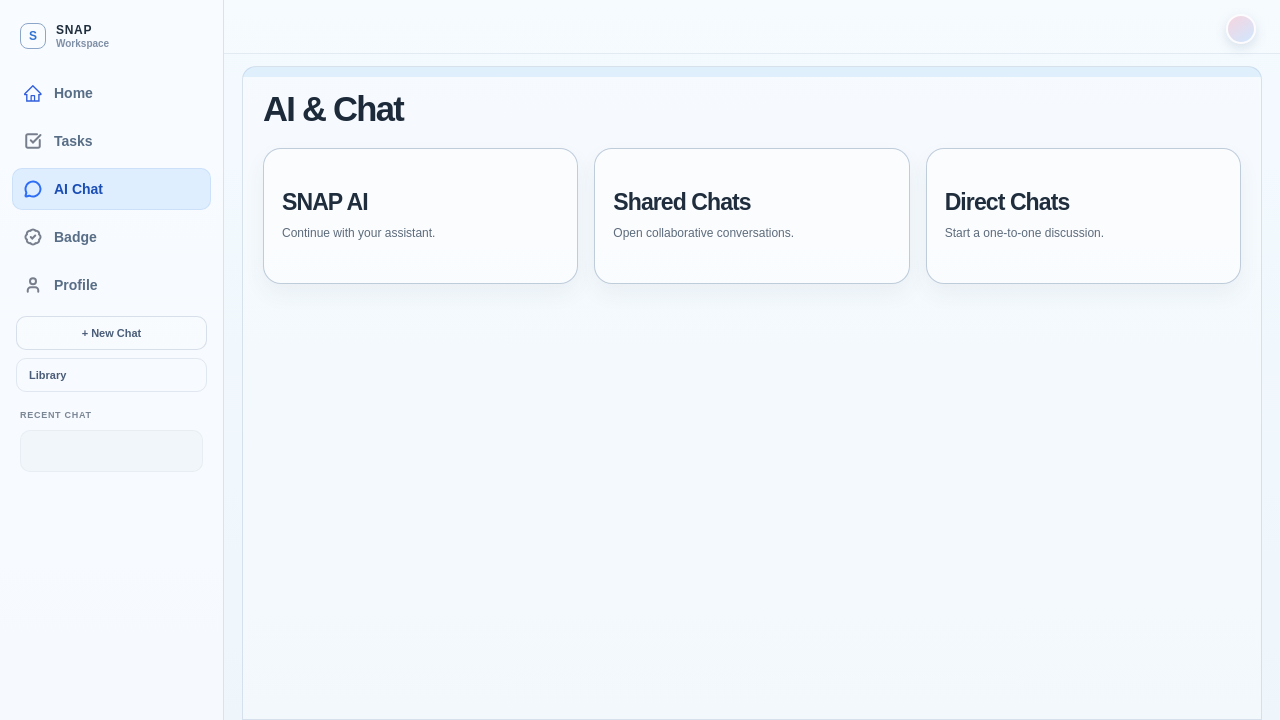
Repository: Lee-Productions-Inc/SNAP_productions
Page: pages/dashboard/ai and chat/ai_chat.html
The author's editor kept a copy of each file at every save. The page is drawn from the files as they stood at one save, then again after the next save.
The browser window is 1280 px wide. The pictures show the whole page.

Above is the page before, as saved 2026-09-24 14:44:07.

### pages/dashboard/ai and chat/ai_chat.html
<!DOCTYPE html>
<html lang="en">
    <head>
        <meta charset="UTF-8">
        <meta name="viewport" content="width=device-width, initial-scale=1.0">
        <title>AI &amp; Chat | SNAP</title>
        <link rel="stylesheet" href="../../../designs/dashboard.css">
        <link rel="stylesheet" href="../../../designs/ai_chat.css">
        <style>
            .ai-landing-surface {
                justify-content: flex-start;
                padding-top: 18px;
            }

            .ai-landing-surface .chat-message {
                margin-top: 4px;
                padding-top: 0;
            }

            .ai-option-grid {
                display: grid;
                gap: 16px;
                margin-top: 18px;
                grid-template-columns: repeat(3, minmax(0, 1fr));
            }

            .ai-option-card {
                display: flex;
                flex-direction: column;
                justify-content: center;
                min-height: 136px;
                padding: 22px 18px;
                border: 1px solid rgba(166, 183, 203, 0.7);
                border-radius: 18px;
                background: rgba(255, 255, 255, 0.46);
                color: #1f2d3d;
                text-decoration: none;
                box-shadow: 0 10px 22px rgba(43, 63, 89, 0.06);
                transition: transform 160ms ease, box-shadow 160ms ease, border-color 160ms ease;
            }

            .ai-option-card:hover {
                transform: translateY(-2px);
                border-color: rgba(110, 148, 207, 0.7);
                box-shadow: 0 14px 26px rgba(43, 63, 89, 0.12);
            }

            .option-label {
                font-size: clamp(18px, 1.8vw, 26px);
                font-weight: 800;
                letter-spacing: -0.04em;
                margin-bottom: 8px;
            }

            .option-copy {
                font-size: 12px;
                color: #5d6b7b;
                line-height: 1.5;
            }

            @media (max-width: 900px) {
                .ai-option-grid {
                    grid-template-columns: 1fr;
                }
            }
        </style>
    </head>
    <body>
        <div class="dashboard-shell">
            <div class="dashboard-content">
                <aside class="sidebar" aria-label="Main navigation">
                    <a class="brand" href="../dashboard.html" aria-label="SNAP home">
                        <span class="brand-mark">S</span>
                        <span>
                            <strong>SNAP</strong>
                            <small>Workspace</small>
                        </span>
                    </a>

                    <nav class="primary-nav">
                        <a class="nav-item" href="../dashboard.html">
                            <img class="nav-icon" src="../../assets/main icons/Vector.svg" alt="Home icon">
                            Home
                        </a>
                        <a class="nav-item" href="../tasks.html">
                            <img class="nav-icon" src="../../assets/main icons/check-square.svg" alt="Tasks icon">
                            Tasks
                        </a>
                        <a class="nav-item active" href="ai_chat.html">
                            <img class="nav-icon-active" src="../../assets/main icons/message-circle.svg" alt="AI chat icon">
                            AI Chat
                        </a>
                        <a class="nav-item" href="../badges.html">
                            <img class="nav-icon" src="../../assets/main icons/badge-check.svg" alt="Badge icon">
                            Badge
                        </a>
                        <a class="nav-item" href="../profile/profile.html">
                            <img class="nav-icon" src="../../assets/main icons/user.svg" alt="Profile icon">
                            Profile
                        </a>
                    </nav>

                    <div class="chat-utils">
                        <button class="new-chat-button" type="button">+ New Chat</button>
                        <button class="library-button" type="button">Library</button>
                    </div>

                    <div class="recent-notes" aria-label="Recent chat">
                        <h2>Recent Chat</h2>
                        <div class="empty-recent" aria-hidden="true"></div>
                    </div>
                </aside>

                <main class="dashboard-main ai-chat-panel" aria-label="AI & Chat landing page">
                    <div class="top-bar">
                        <a class="profile-placeholder" href="../profile/profile.html" aria-label="Open profile"></a>
                    </div>

                    <div class="chat-surface ai-landing-surface">
                        <div class="chat-message" aria-label="AI & Chat heading">AI &amp; Chat</div>

                        <div class="ai-option-grid">
                            <a class="ai-option-card" href="ai.html">
                                <span class="option-label">SNAP AI</span>
                                <span class="option-copy">Continue with your assistant.</span>
                            </a>

                            <a class="ai-option-card" href="ai_chat.html">
                                <span class="option-label">Shared Chats</span>
                                <span class="option-copy">Open collaborative conversations.</span>
                            </a>

                            <a class="ai-option-card" href="ai_chat.html">
                                <span class="option-label">Direct Chats</span>
                                <span class="option-copy">Start a one-to-one discussion.</span>
                            </a>
                        </div>
                    </div>
                </main>
            </div>
        </div>
    </body>
</html>

### designs/dashboard.css
:root {
    --shell-bg: #edf5fb;
    --sidebar-bg: rgba(249, 252, 255, 0.8);
    --sidebar-border: rgba(138, 167, 198, 0.28);
    --panel-bg: rgba(255, 255, 255, 0.45);
    --panel-border: rgba(143, 182, 219, 0.25);
    --active-bg: #dfeeff;
    --active-text: #1a4eb5;
    --muted: #75859b;
    --text: #1f2d3d;
    --sidebar-width: 224px;
    --appbar-height: 66px;
    --radius: 16px;
    --space-sm: 10px;
    --space-md: 16px;
    --space-lg: 20px;
    font-family: Arial, sans-serif;
    color: var(--text);
    background: var(--shell-bg);
}

* {
    box-sizing: border-box;
}

html, body {
    min-width: 320px;
    min-height: 100vh;
    margin: 0;
    background: var(--shell-bg);
    color: var(--text);
    font-family: Arial, sans-serif;
}

button,
a,
input {
    font: inherit;
}

button,
a {
    -webkit-tap-highlight-color: transparent;
}

img {
    display: block;
}

.dashboard-shell {
    display: flex;
    min-height: 100vh;
    background: linear-gradient(180deg, #f6fbff 0%, #edf5fb 100%);
}

.dashboard-content {
    display: flex;
    flex: 1 1 auto;
    width: 100%;
    min-height: 100vh;
}

.sidebar {
    position: sticky;
    top: 0;
    display: flex;
    flex: 0 0 var(--sidebar-width);
    flex-direction: column;
    height: 100vh;
    padding: 14px 12px 18px;
    border-right: 1px solid var(--sidebar-border);
    background: var(--sidebar-bg);
}

.brand {
    display: flex;
    align-items: center;
    gap: 10px;
    min-height: 36px;
    margin: 4px 8px 18px;
    color: var(--text);
    text-decoration: none;
}

.brand-mark {
    display: grid;
    width: 26px;
    height: 26px;
    place-items: center;
    border: 1px solid #8ca6c8;
    border-radius: 8px;
    background: rgba(255,255,255,0.24);
    color: #3173d0;
    font-size: 12px;
    font-weight: 800;
}

.brand strong,
.brand small {
    display: block;
}

.brand strong {
    font-size: 12px;
    font-weight: 800;
    letter-spacing: 0.06em;
    text-transform: uppercase;
}

.brand small {
    margin-top: 1px;
    color: #7f8fa6;
    font-size: 10px;
    font-weight: 600;
}

.primary-nav {
    display: grid;
    gap: 6px;
}

.nav-item {
    display: flex;
    align-items: center;
    gap: 12px;
    min-height: 42px;
    padding: 0 12px;
    border-radius: 10px;
    color: #586d86;
    font-size: 14px;
    font-weight: 700;
    text-decoration: none;
    transition: background 150ms ease, color 150ms ease, transform 150ms ease;
}

.nav-item:hover {
    color: var(--active-text);
    background: rgba(223, 238, 255, 0.75);
}

.nav-item.active {
    color: var(--active-text);
    background: var(--active-bg);
    box-shadow: inset 0 0 0 1px rgba(125, 171, 223, 0.2);
}

.nav-icon {
    width: 18px;
    height: 18px;
    flex: 0 0 18px;
    opacity: 0.9;
    object-fit: contain;
}

.nav-icon-active {
    filter: brightness(0) saturate(100%) invert(32%) sepia(82%) saturate(1459%) hue-rotate(205deg) brightness(97%) contrast(99%);
}

.recent-notes {
    margin-top: 18px;
    padding: 0 8px;
}

.recent-notes h2 {
    margin: 0 0 10px;
    color: #7b8695;
    font-size: 9px;
    font-weight: 800;
    letter-spacing: 0.08em;
    text-transform: uppercase;
}

.dashboard-main {
    flex: 1 1 auto;
    min-width: 0;
    padding: 10px 18px 32px;
}

.dashboard-header {
    position: sticky;
    top: 0;
    z-index: 20;
    display: flex;
    align-items: center;
    justify-content: space-between;
    gap: 14px;
    width: 100%;
    min-height: var(--appbar-height);
    margin: 0 0 18px;
    padding: 12px 18px;
    border: 1px solid var(--panel-border);
    border-radius: 18px;
    background: rgba(255, 255, 255, 0.42);
    backdrop-filter: blur(8px);
    box-shadow: inset 0 1px 0 rgba(255,255,255,0.6);
}

.search-box {
    display: flex;
    align-items: center;
    width: min(100%, 460px);
    min-height: 42px;
    padding: 0 14px;
    border: 1px solid #dfe7f0;
    border-radius: 17px;
    background: rgba(246, 250, 254, 0.9);
    color: #9aa7b6;
}

.search-box span {
    margin-right: 10px;
    color: #7b8aa0;
    font-size: 18px;
    line-height: 1;
}

.search-box input {
    width: 100%;
    min-height: 0;
    border: 0;
    outline: 0;
    background: transparent;
    color: var(--text);
    font-size: 14px;
}

.search-box input::placeholder {
    color: #97a5b7;
}

.header-actions {
    display: flex;
    align-items: center;
    gap: 10px;
    margin-left: auto;
}

.text-action {
    display: inline-flex;
    align-items: center;
    justify-content: center;
    gap: 8px;
    min-height: 34px;
    padding: 0 14px;
    border: 1px solid #dfe7f0;
    border-radius: 14px;
    background: rgba(255,255,255,0.26);
    color: #4d5d73;
    font-size: 13px;
    font-weight: 700;
    text-decoration: none;
}

.text-action:hover {
    color: var(--active-text);
}

.new-note {
    min-height: 38px;
    border: 0;
    border-radius: 12px;
    background: #17243a;
    color: #fff;
    box-shadow: 0 8px 18px rgba(23, 36, 58, 0.15);
}

.selected-action {
    background: #dfeeff;
    border-color: rgba(141, 170, 206, 0.42);
    color: #2e4d79;
}

.folder-action {
    background: rgba(255,255,255,0.7);
}

.text-action-icon {
    width: 14px;
    height: 14px;
    object-fit: contain;
}

.profile-placeholder {
    width: 30px;
    height: 30px;
    padding: 0;
    border: 2px solid rgba(255,255,255,0.9);
    border-radius: 50%;
    background: linear-gradient(145deg, #f6d5df 0%, #d0e7ff 100%);
    box-shadow: 0 4px 12px rgba(82, 112, 143, 0.18);
    cursor: pointer;
}

.status-grid {
    display: grid;
    grid-template-columns: repeat(3, minmax(0, 1fr));
    gap: 18px;
    margin-top: 12px;
}

.status-card {
    position: relative;
    display: block;
    min-height: 128px;
    padding: 18px 18px 16px 18px;
    border: 0;
    border-radius: 18px;
    box-shadow: 0 8px 18px rgba(72, 104, 138, 0.06);
}

.today-card {
    background: #a5d4fa;
}

.progress-card {
    background: #f5e8b8;
}

.completed-card {
    background: #bfefcf;
}

.status-icon {
    position: absolute;
    left: 18px;
    top: 18px;
    display: grid;
    width: 42px;
    height: 42px;
    place-items: center;
    border-radius: 11px;
    background: rgba(255,255,255,0.42);
    flex-shrink: 0;
}

.status-icon-image {
    width: 22px;
    height: 22px;
    object-fit: contain;
}

.today-icon {
    filter: brightness(0) saturate(100%) invert(36%) sepia(96%) saturate(1800%) hue-rotate(205deg) brightness(97%) contrast(97%);
}

.status-info {
    position: relative;
    display: flex;
    flex-direction: column;
    align-items: flex-start;
    justify-content: flex-start;
    min-width: 0;
    height: 100%;
    padding-left: 0;
    padding-top: 70px;
}

.status-label {
    position: absolute;
    top: 14px;
    right: 14px;
    color: #647183;
    font-size: 13px;
    font-weight: 700;
    letter-spacing: 0.01em;
}

.status-count {
    display: block;
    margin: 0;
    color: #1f2d3f;
    font-size: 30px;
    font-weight: 800;
    line-height: 1;
}

.status-info small {
    display: block;
    margin-top: 8px;
    color: #6e7f95;
    font-size: 13px;
    font-weight: 600;
}

.notes-section {
    margin-top: 24px;
}

.section-heading {
    display: flex;
    align-items: center;
    justify-content: space-between;
    gap: 12px;
    margin-top: 8px;
}

.section-heading h2 {
    margin: 0;
    color: #1e2a3a;
    font-size: 18px;
    font-weight: 800;
}

.edit-button {
    min-height: 34px;
    padding: 0 14px;
    border: 1px solid #dfe7f0;
    border-radius: 14px;
    background: rgba(255,255,255,0.3);
    color: #5d7089;
    font-size: 13px;
    font-weight: 700;
    cursor: pointer;
}

.notes-grid {
    display: grid;
    grid-template-columns: repeat(3, minmax(0, 1fr));
    gap: 18px;
    margin-top: 16px;
}

.note-placeholder {
    width: 100%;
    aspect-ratio: 1.90;
    min-height: 150px;
    border: 1px solid #e5ebf1;
    border-radius: 16px;
    background: rgba(255, 255, 255, 0.7);
    box-shadow: 0 8px 14px rgba(88, 118, 151, 0.06);
    cursor: pointer;
}

.note-placeholder:hover,
.note-placeholder:focus-visible {
    border-color: #73aeeb;
    background: #fff;
    outline: none;
}

@media (max-width: 900px) {
    .sidebar {
        flex-basis: 190px;
    }

    .nav-item {
        font-size: 13px;
    }

    .notes-grid {
        grid-template-columns: repeat(2, minmax(0, 1fr));
    }
}

@media (max-width: 680px) {
    .dashboard-shell {
        display: block;
    }

    .dashboard-content {
        display: block;
    }

    .sidebar {
        position: relative;
        z-index: 1;
        width: 100%;
        height: auto;
        min-height: auto;
        padding: 12px 10px 8px;
        border-right: none;
        border-bottom: 1px solid var(--sidebar-border);
    }

    .brand {
        margin: 0 4px 12px;
    }

    .primary-nav {
        display: flex;
        gap: 6px;
        overflow-x: auto;
        padding-bottom: 4px;
    }

    .nav-item {
        flex: 0 0 auto;
        gap: 8px;
        min-height: 34px;
        padding: 0 11px;
        font-size: 13px;
    }

    .nav-icon {
        width: 16px;
        height: 16px;
    }

    .recent-notes {
        display: none;
    }

    .dashboard-main {
        padding: 12px 12px 42px;
    }

    .dashboard-header {
        align-items: center;
        flex-wrap: wrap;
        min-height: auto;
        padding: 10px 12px;
    }

    .search-box {
        width: 100%;
        min-height: 38px;
    }

    .header-actions {
        width: 100%;
        justify-content: flex-start;
        flex-wrap: wrap;
        gap: 8px;
    }

    .status-grid {
        grid-template-columns: 1fr;
        gap: 10px;
    }

    .status-card {
        min-height: 92px;
    }

    .notes-grid {
        gap: 10px;
    }

    .note-placeholder {
        min-height: 130px;
    }
}

### designs/ai_chat.css
.chat-utils {
    display: grid;
    gap: 8px;
    margin-top: 10px;
    padding: 0 4px;
}

.new-chat-button,
.library-button {
    display: flex;
    align-items: center;
    justify-content: center;
    width: 100%;
    min-height: 34px;
    border: 1px solid rgba(141, 166, 193, 0.32);
    border-radius: 10px;
    background: rgba(255, 255, 255, 0.18);
    color: #4b5d78;
    font-size: 11px;
    font-weight: 700;
    cursor: pointer;
    transition: background 160ms ease, border-color 160ms ease, color 160ms ease;
}

.new-chat-button {
    background: rgba(255, 255, 255, 0.22);
}

.new-chat-button:hover,
.library-button:hover {
    background: rgba(224, 239, 255, 0.52);
    border-color: rgba(130, 163, 212, 0.42);
    color: #1d4fc1;
}

.library-button {
    justify-content: flex-start;
    padding-left: 12px;
    background: transparent;
    border-color: rgba(142, 166, 193, 0.22);
}

.recent-notes {
    margin-top: 18px;
    padding: 0 8px;
}

.recent-notes h2 {
    margin: 0 0 10px;
    color: #7b8695;
    font-size: 9px;
    font-weight: 800;
    letter-spacing: 0.08em;
    text-transform: uppercase;
}

.empty-recent {
    min-height: 42px;
    border-radius: 10px;
    background: rgba(226, 235, 244, 0.28);
    border: 1px solid rgba(200, 212, 225, 0.26);
}

.ai-chat-panel {
    display: flex;
    flex: 1 1 auto;
    flex-direction: column;
    min-height: 100vh;
    padding: 0;
    background: rgba(239, 246, 252, 0.38);
}

.top-bar {
    display: flex;
    justify-content: flex-end;
    align-items: center;
    min-height: 54px;
    padding: 12px 24px 8px;
    background: rgba(255,255,255,0.14);
    border-bottom: 1px solid rgba(148, 170, 196, 0.2);
}

.avatar {
    width: 28px;
    height: 28px;
    border-radius: 50%;
    background: linear-gradient(135deg, #d3cfe8 0%, #9bc5de 40%, #7e9bb5 100%);
    box-shadow: inset 0 0 0 2px rgba(255,255,255,0.7);
}

.chat-surface {
    position: relative;
    display: flex;
    flex: 1;
    flex-direction: column;
    justify-content: center;
    margin: 12px 18px 0;
    padding: 0 20px 18px;
    border: 1px solid rgba(201, 214, 228, 0.7);
    border-radius: 14px 14px 0 0;
    background: rgba(255, 255, 255, 0.24);
    box-shadow: inset 0 0 0 1px rgba(255, 255, 255, 0.08);
}

.chat-surface::before {
    content: "";
    position: absolute;
    top: 0;
    left: 0;
    width: 100%;
    height: 10px;
    border-radius: 14px 14px 0 0;
    background: rgba(160, 207, 242, 0.28);
}

.chat-message {
    margin-top: 12px;
    color: #1d2a3a;
    font-size: clamp(28px, 2.7vw, 42px);
    font-weight: 800;
    letter-spacing: -0.05em;
    text-align: left;
    line-height: 1.18;
    padding: 22px 0 0;
}

.chat-input-row {
    display: flex;
    align-items: center;
    gap: 12px;
    margin-top: auto;
    padding: 0 0 2px;
}

.message-input-wrap {
    display: flex;
    align-items: center;
    flex: 1 1 auto;
    min-height: 52px;
    padding: 0 18px;
    border: 1px solid rgba(199, 211, 224, 0.9);
    border-radius: 999px;
    background: rgba(255,255,255,0.62);
    box-shadow: inset 0 0 0 1px rgba(255,255,255,0.2);
}

.input-icon {
    margin-right: 10px;
    color: #7f8ca0;
    font-size: 18px;
}

.message-input-wrap input {
    flex: 1 1 auto;
    width: 100%;
    min-width: 0;
    border: 0;
    outline: 0;
    background: transparent;
    color: var(--text-primary);
    font-size: 12px;
}

.message-input-wrap input::placeholder {
    color: #9aa7b5;
}

.send-button {
    min-width: 110px;
    min-height: 46px;
    border: 0;
    border-radius: 999px;
    background: #1d2b3d;
    color: #fff;
    font-size: 14px;
    font-weight: 700;
    cursor: pointer;
    box-shadow: 0 8px 14px rgba(24, 35, 53, 0.2);
}

@media (max-width: 900px) {
    .dashboard-shell {
        flex-direction: column;
    }

    .sidebar {
        flex-basis: auto;
        min-height: auto;
        border-right: 0;
        border-bottom: 1px solid var(--border);
    }

    .ai-chat-panel {
        min-height: 70vh;
    }

    .chat-input-row {
        flex-direction: column;
        align-items: stretch;
    }

    .send-button {
        width: 100%;
    }
}

After the next save:
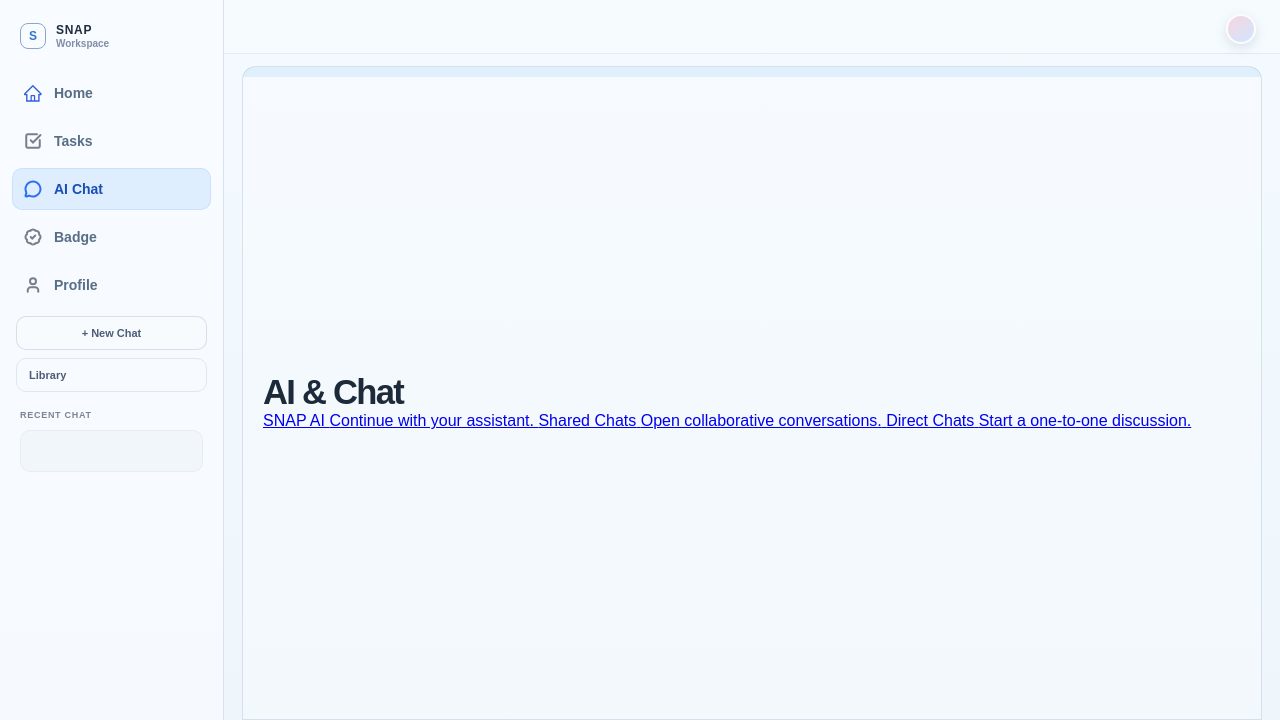
Saved 2 min 57 s later.
--- a/pages/dashboard/ai and chat/ai_chat.html
+++ b/pages/dashboard/ai and chat/ai_chat.html
@@ -6,64 +6,7 @@
         <title>AI &amp; Chat | SNAP</title>
         <link rel="stylesheet" href="../../../designs/dashboard.css">
         <link rel="stylesheet" href="../../../designs/ai_chat.css">
-        <style>
-            .ai-landing-surface {
-                justify-content: flex-start;
-                padding-top: 18px;
-            }
 
-            .ai-landing-surface .chat-message {
-                margin-top: 4px;
-                padding-top: 0;
-            }
-
-            .ai-option-grid {
-                display: grid;
-                gap: 16px;
-                margin-top: 18px;
-                grid-template-columns: repeat(3, minmax(0, 1fr));
-            }
-
-            .ai-option-card {
-                display: flex;
-                flex-direction: column;
-                justify-content: center;
-                min-height: 136px;
-                padding: 22px 18px;
-                border: 1px solid rgba(166, 183, 203, 0.7);
-                border-radius: 18px;
-                background: rgba(255, 255, 255, 0.46);
-                color: #1f2d3d;
-                text-decoration: none;
-                box-shadow: 0 10px 22px rgba(43, 63, 89, 0.06);
-                transition: transform 160ms ease, box-shadow 160ms ease, border-color 160ms ease;
-            }
-
-            .ai-option-card:hover {
-                transform: translateY(-2px);
-                border-color: rgba(110, 148, 207, 0.7);
-                box-shadow: 0 14px 26px rgba(43, 63, 89, 0.12);
-            }
-
-            .option-label {
-                font-size: clamp(18px, 1.8vw, 26px);
-                font-weight: 800;
-                letter-spacing: -0.04em;
-                margin-bottom: 8px;
-            }
-
-            .option-copy {
-                font-size: 12px;
-                color: #5d6b7b;
-                line-height: 1.5;
-            }
-
-            @media (max-width: 900px) {
-                .ai-option-grid {
-                    grid-template-columns: 1fr;
-                }
-            }
-        </style>
     </head>
     <body>
         <div class="dashboard-shell">
